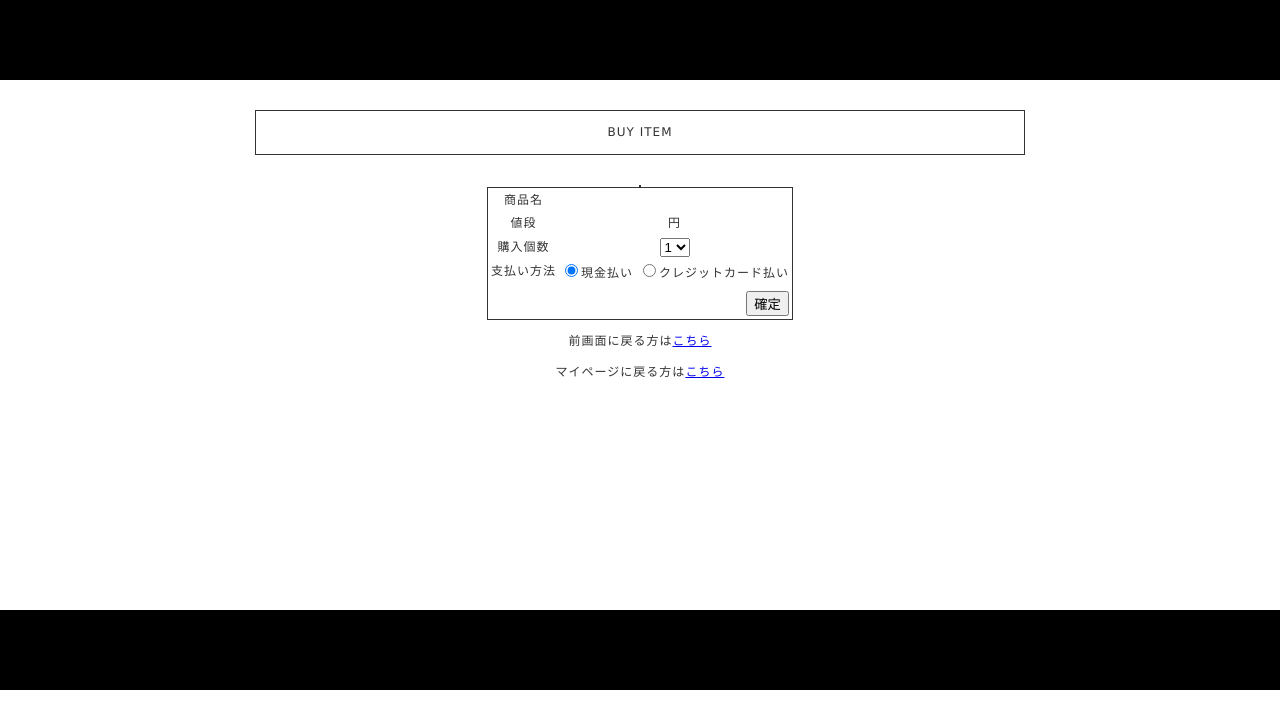
Repository: kf3225/backup
Page: http://localhost/ecsite/buyItem.jsp
These files come from the project's save history. The page is drawn as it stood at one moment and after the next save; the edit follows.
The browser window is 1280 px wide. The pictures show the whole page.
The page is served by Tomcat 9. Other server files are loaded and not shown.

Above is the page before, as saved 2018-01-29 04:01:26.

### ecsite/WebContent/buyItem.jsp
<%@ page language="java" contentType="text/html; charset=UTF-8"
    pageEncoding="UTF-8"%>
<%@ taglib prefix="s" uri="/struts-tags" %>
<!DOCTYPE html PUBLIC "-//W3C//DTD HTML 4.01 Transitional//EN" "http://www.w3.org/TR/html4/loose.dtd">
<html>
<head>
<meta http-equiv="Content-Type" content="text/html; charset=UTF-8"/>
<meta http-equiv="Content-Style-Type" content="text/css"/>
<meta http-equiv="Content-Script-Type" content="javascript"/>
<meta http-equiv="imagetoolbar" content="no"/>
<meta name="description" content=""/>
<meta name="keywords" content=""/>

<style type="text/css">

/* ===== TAG LAYOUT ===== */
body {
	margin:0;
	padding:0;
	line-height:1.6;
	letter-spacing:1px;
	font-family:Verdana, Helvetica, sans-serif;
	font-size:12px;
	color:#333;
	background-color:#fff;
}

table {
	text-align:center;
	margin:0 auto;
	border:1px solid #333;
}

/* ===== ID LAYOUT ===== */
#top {
	width:60%;
	margin:30px auto;
	text-align:center;
	border:1px solid #333;
}

#header {
	width:100%;
	height:80px;
	background-color:black;
}

#main {
	width:100%;
	height:500px;
	background-color:#fff;
	text-align:center;
}

#footer {
	width:100%;
	height:80px;
	background-color:black;
	clear:both;
}

</style>

<title>BUY ITEM</title>
</head>
<body>
	<div id="header">
		<div id="pr"></div>
	</div>

	<div id="main">
		<div id="top"><p>BUY ITEM</p></div>
		<div>
			<s:form action="BuyItemAction">
			<table>
				<tr>
					<td><span>商品名</span></td>
					<td><s:property value="session.buyItem_name" /><br></td>
				</tr>
				<tr>
					<td><span>値段</span></td>
					<td><s:property value="session.buyItem_price" /><span>円</span></td>
				</tr>
				<tr>
					<td><span>購入個数</span></td>
					<td>
					<select name="count">
						<option value="1" selected="selected">1</option>
						<option value="2">2</option>
						<option value="3">3</option>
						<option value="4">4</option>
						<option value="5">5</option>
					</select>
					</td>
				</tr>
				<tr>
					<td><span>支払い方法</span></td>
					<td>
						<input type="radio" name="pay" value="1" checked="checked">現金払い
						<input type="radio" name="pay" value="2">クレジットカード払い
					</td>
				</tr>
				<tr>
					<th><s:submit value="確定" /></th>
				</tr>
			</table>
			</s:form>
			<div>
				<p>前画面に戻る方は<a href='<s:url action="GoHomeAction" />'>こちら</a></p>
				<p>マイページに戻る方は<a href='<s:url action="MyPageAction" />'>こちら</a></p>
			</div>
		</div>
	</div>

	<div id="footer">
		<div id="pr"></div>
	</div>
</body>
</html>

After the next save:
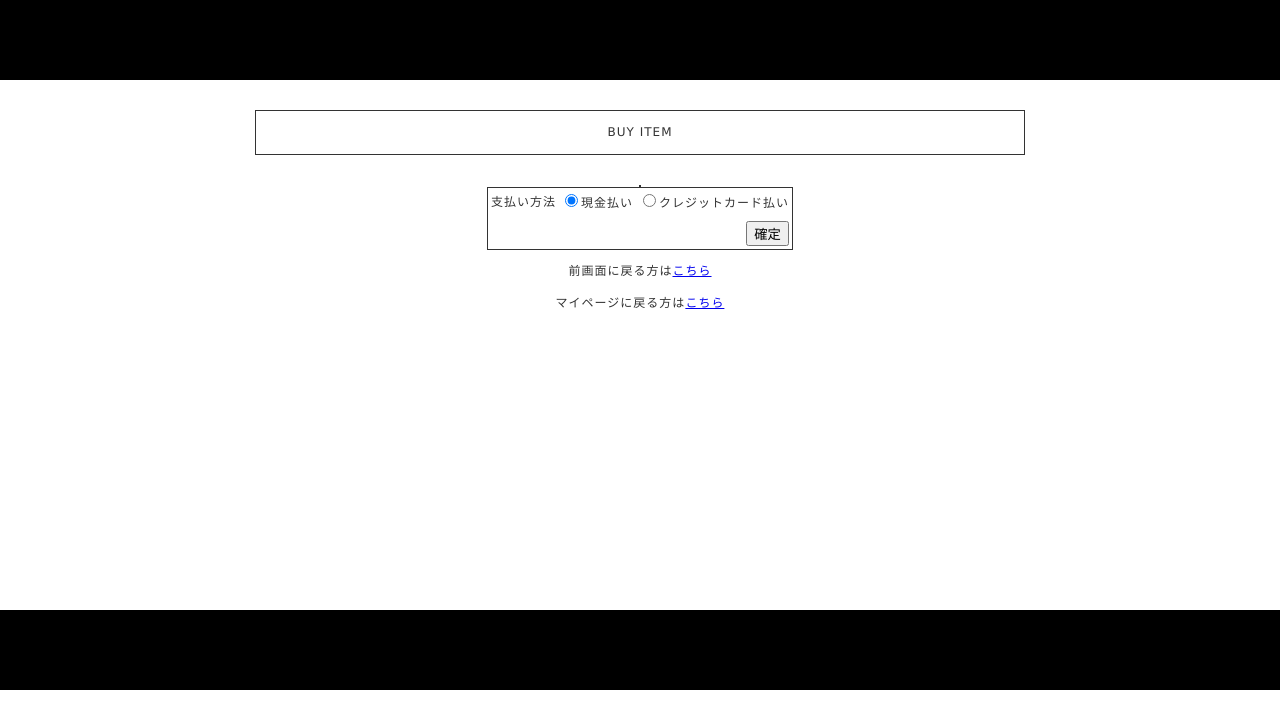
Saved 2 min 20 s later.
--- a/ecsite/WebContent/buyItem.jsp
+++ b/ecsite/WebContent/buyItem.jsp
@@ -73,13 +73,14 @@ table {
 		<div>
 			<s:form action="BuyItemAction">
 			<table>
+			<s:iterator value="session.buyItemList">
 				<tr>
 					<td><span>商品名</span></td>
-					<td><s:property value="session.buyItem_name" /><br></td>
+					<td><s:property value="itemName" /><br></td>
 				</tr>
 				<tr>
 					<td><span>値段</span></td>
-					<td><s:property value="session.buyItem_price" /><span>円</span></td>
+					<td><s:property value="itemPrice" /><span>円</span></td>
 				</tr>
 				<tr>
 					<td><span>購入個数</span></td>
@@ -93,6 +94,7 @@ table {
 					</select>
 					</td>
 				</tr>
+				</s:iterator>
 				<tr>
 					<td><span>支払い方法</span></td>
 					<td>
